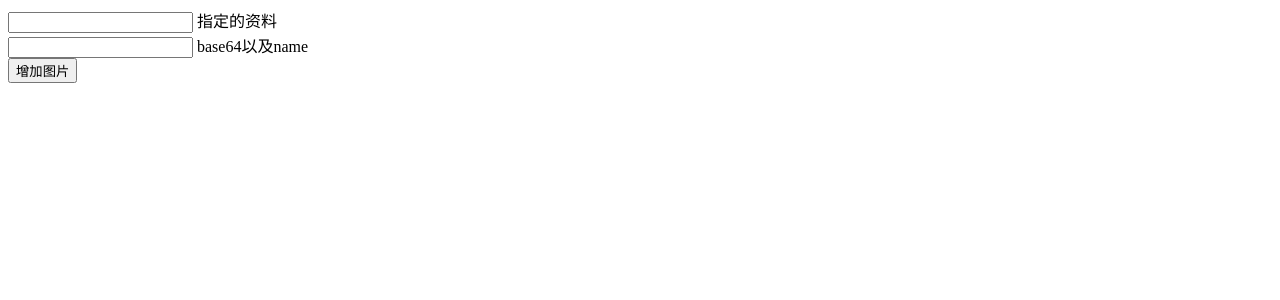
Repository: xoadoCompany/xoado
Page: http://localhost/xoado-cloud/
These files come from the project's save history. The page is drawn as it stood at one moment and after the next save; the edit follows.
The browser window is 1280 px wide. The pictures show the whole page.
The page is served by Tomcat 9. Nobody is signed in. The application's start-up code is not run. Other server files are loaded and not shown.

Above is the page before, as saved 2018-08-29 05:19:39.

### xoado/xoado-cloud/src/main/webapp/index.jsp
<%@ page language="java" contentType="text/html; charset=utf-8"
    pageEncoding="utf-8"%>
<!DOCTYPE html PUBLIC "-//W3C//DTD HTML 4.01 Transitional//EN" "http://www.w3.org/TR/html4/loose.dtd">
<html>
<head>
<meta http-equiv="Content-Type" content="text/html; charset=utf-8">
<title>Insert title here</title>
</head>
<body>
<form action="fileUpload/base64" method="post" enctype="multipart/form-data">
		<input type="text" name="archiveid"> 指定的资料<br>
		<input type="text" name="base64text">   base64以及name<br>
		<input type="submit" value="增加图片">
	</form>

</body>
</html>

After the next save:
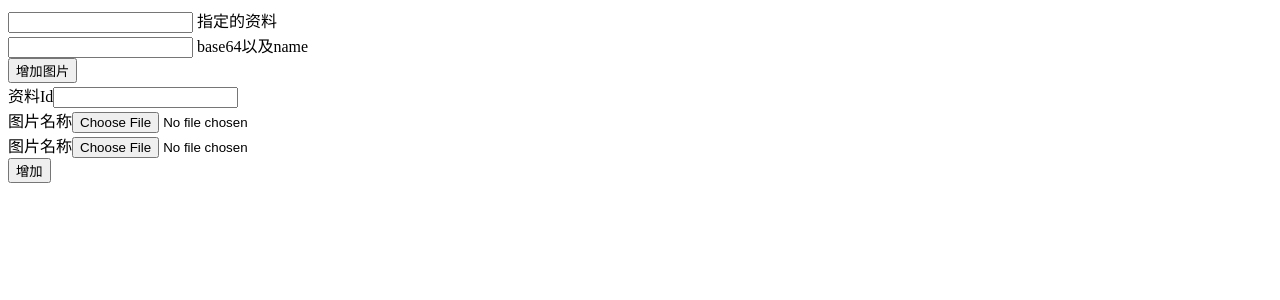
Saved 12 s later.
--- a/xoado/xoado-cloud/src/main/webapp/index.jsp
+++ b/xoado/xoado-cloud/src/main/webapp/index.jsp
@@ -12,6 +12,12 @@
 		<input type="text" name="base64text">   base64以及name<br>
 		<input type="submit" value="增加图片">
 	</form>
+	<form action="/temporary/fileUpload" method="post" enctype="multipart/form-data">
+			资料Id<input type="text" name="archiveid"><br>
+		图片名称<input type="file" name=attachmentpicture><br>
+		图片名称<input type="file" name=attachmentpicture><br>
+		<input type="submit" value="增加">
+	</form>
 
 </body>
 </html>
